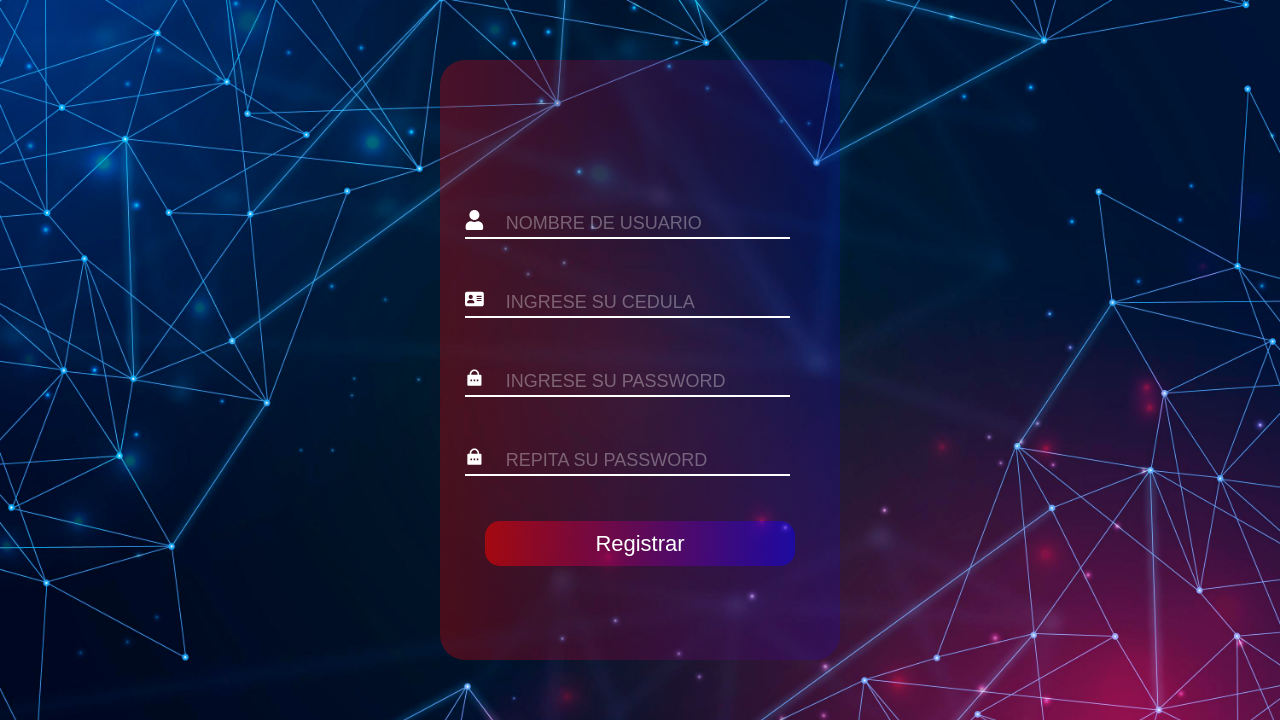
Repository: Davic1o/municipio
Page: /Registro
The author's editor kept a copy of each file at every save. The page is drawn from the files as they stood at one save, then again after the next save.
The browser window is 1280 px wide. The pictures show the whole page.
The project was rebuilt for these pictures with package versions that can differ from the ones it lists, and the page was loaded fresh each time. Also part of the build but not shown: src/pages/Login/Login.jsx, src/pages/Administrador/Admin.jsx, src/pages/Coord/Coord.jsx, src/pages/User/User.jsx.

Above is the page before, as saved 2024-02-06 17:57:17.

### src/index.js
import React from 'react';
import ReactDOM from 'react-dom/client';
import './index.css';
import App from './App';
import { BrowserRouter } from 'react-router-dom';

const root = ReactDOM.createRoot(document.getElementById('root'));
root.render(
  <BrowserRouter>
    <App />
   </BrowserRouter>
);

### src/index.css
body {
  margin: 0;
  font-family: -apple-system, BlinkMacSystemFont, 'Segoe UI', 'Roboto', 'Oxygen',
    'Ubuntu', 'Cantarell', 'Fira Sans', 'Droid Sans', 'Helvetica Neue',
    sans-serif;
  -webkit-font-smoothing: antialiased;
  -moz-osx-font-smoothing: grayscale;
}

code {
  font-family: source-code-pro, Menlo, Monaco, Consolas, 'Courier New',
    monospace;
}
input{
  text-decoration: none;
  border: none;
}
button{
  background-color: transparent;
  text-decoration: none;
  border: none;
}

### src/App.jsx

import './App.css';
import Rutas from './routes/Rutas';

function App() {
  return (
    <div className="App">
      <Rutas/>
    </div>
  );
}

export default App;

### src/routes/Rutas.jsx
import React from 'react'
import { Routes, Route } from 'react-router-dom';
import Login from '../pages/Login/Login';
import Admin from '../pages/Administrador/Admin';
import Coord from '../pages/Coord/Coord';
import User from '../pages/User/User';
import Register from '../pages/Register/Register';


function Rutas() {
  return (


    <Routes>
    <Route exact path="/" element={<Login/>} />
    <Route exact path="/Registro" element={<Register/>} />
    <Route exact path="/Administrador" element={<Admin/>} />
    <Route path='/Coordinador' element={<Coord/>} />
    <Route path='/Usuario' element={<User/>} />

    </Routes>

  )
}

export default Rutas

### src/pages/Register/Register.jsx
import React, { useState } from 'react';
import { FaUser } from 'react-icons/fa';
import { RiLockPasswordFill } from 'react-icons/ri';
import { useNavigate } from 'react-router-dom';
import { FaAddressCard } from "react-icons/fa6";
import './register.css';

const Register = () => {
  const navigate = useNavigate();

  return (
    <div className="login__container">
      <div className="register__recuadro">
        <div className="register__formulario">
          <div className="contenedor__nombre">
            <FaUser className="icon__nombre" />
            <input
              type="text"
              className="inp__nombre"
              placeholder="NOMBRE DE USUARIO"
            />
          </div>
          <div className="contenedor__nombre">
          <FaAddressCard className="icon__password"/>
            <input
              type="password"
              className="inp__password"
              placeholder="INGRESE SU CEDULA"

            />
          </div>
          <div className="contenedor__password">
          <RiLockPasswordFill className="icon__password" />
            <input
              type="password"
              className="inp__password"
              placeholder="INGRESE SU PASSWORD"

            />

          </div>
          <div className="contenedor__password">
          <RiLockPasswordFill className="icon__password" />
            <input
              type="password"
              className="inp__password"
              placeholder="REPITA SU PASSWORD"

            />


          </div>
          <div className="contendor__ingresar">
            <button className="btn__ingresar" >
              Registrar
            </button>
          </div>
        </div>
      </div>
    </div>
  );
};

export default Register;

### src/pages/Login/login.css
.login__container {
    background-image:  url('../../images/fondo_informacion.jpg');
    background-size: cover;
    height: 100vh;
    width: 100vw;
    box-sizing: border-box;
    display: flex;
    align-items: center;
    justify-content: center;
    z-index: 0;
}
.login__recuadro{
    width: 400px;
    height: 600px;
    border-radius: 25px;
    background: linear-gradient(to right, rgba(253, 0, 0, 0.288) 1%, rgba(16, 0, 235, 0.171));
}
.login__formulario{
    margin-top: 200px;
}
.contenedor__nombre, .contenedor__password{
    padding-top: 25px;
    width: 325px;
    margin: 25px;
    display: flex;
    border-bottom: 2px solid white ;
}
.icon__nombre, .icon__password{
    margin-right: 20px;
    font-size: 20px;
    background-color: transparent;
    color: white;
}
.inp__nombre, .inp__password{

    background-color: transparent;
    width: 300px;
    height: 25px;
    font-size: 18px;
    color: white;
}
.inp__nombre::placeholder, .inp__password::placeholder{
    font-size: 18px;
color: rgba(255, 255, 255, 0.336);
}
.inp__nombre:focus, .inp__password:focus{
    outline: none;
    font-size: 18px;
    border: none;
    color: white;
}
.contenedor__recuerdame{
    width: 325px;
    margin: 25px;
    display: flex;
}
.inp__recuerdame{
    transform: scale(1.5);
    margin-right: 20px;
}
.lbl__recuerdame{
    font-size: 18px;
    color: white;
}
.contenedor__registrar{
    width: 325px;
    margin: 25px;
    display: flex;
    justify-content: right;
}
.lbl__registrar{
    color: white;
}
.lbl__registrar:hover{
    color: blue;
    cursor: pointer;
}
.contendor__ingresar{

    background: linear-gradient(to right, rgba(253, 0, 0, 0.514) 1%, rgba(16, 0, 235, 0.514));
    border-radius: 15px;
    margin: 45px;
    display: flex;
    justify-content: center;
}
.btn__ingresar{
    height: 45px;
    color: white;
    font-size: 22px;
    cursor: pointer;

}

### src/pages/Register/register.css

.register__recuadro{
    width: 400px;
    height: 600px;
    border-radius: 25px;
    background: linear-gradient(to right, rgba(253, 0, 0, 0.288) 1%, rgba(16, 0, 235, 0.171));
}
.register__formulario{
    margin-top: 125px;
}

Loaded but not shown: public/index.html (common file); src/App.css (common file)

After the next save:
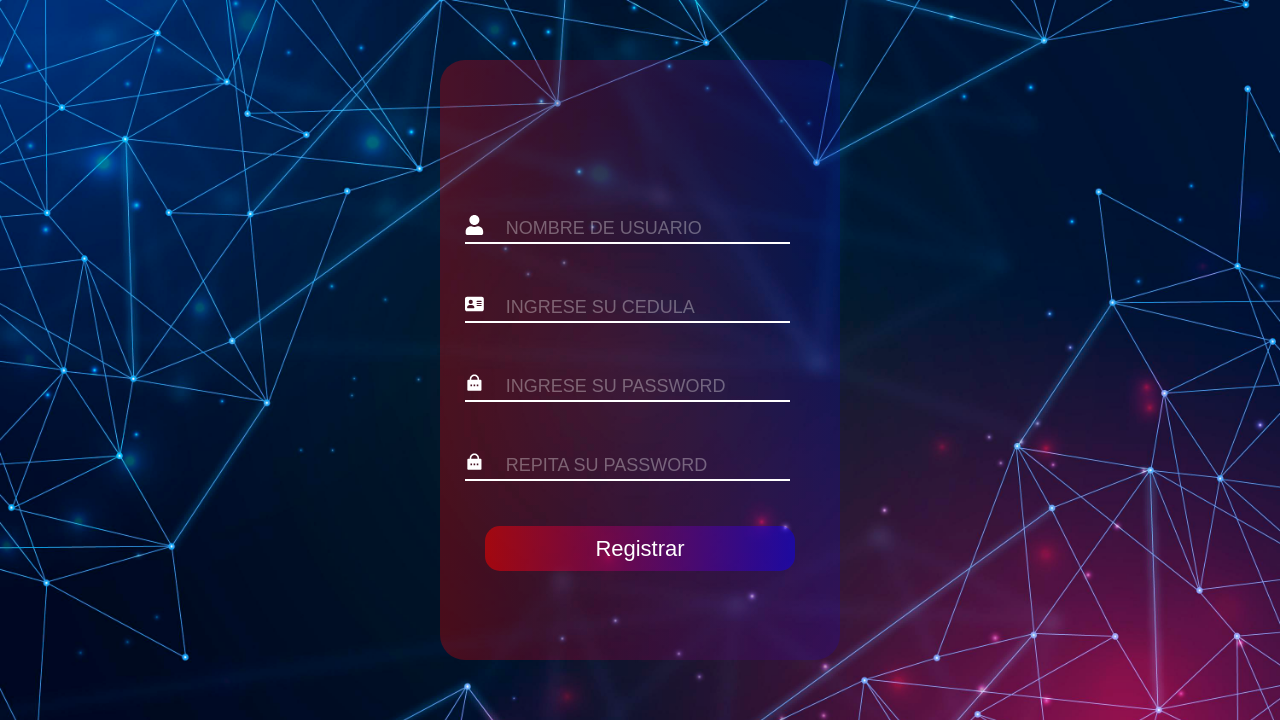
Saved 9 s later.
--- a/src/pages/Register/register.css
+++ b/src/pages/Register/register.css
@@ -6,5 +6,5 @@
     background: linear-gradient(to right, rgba(253, 0, 0, 0.288) 1%, rgba(16, 0, 235, 0.171));
 }
 .register__formulario{
-    margin-top: 125px;
+    margin-top: 130px;
 }
